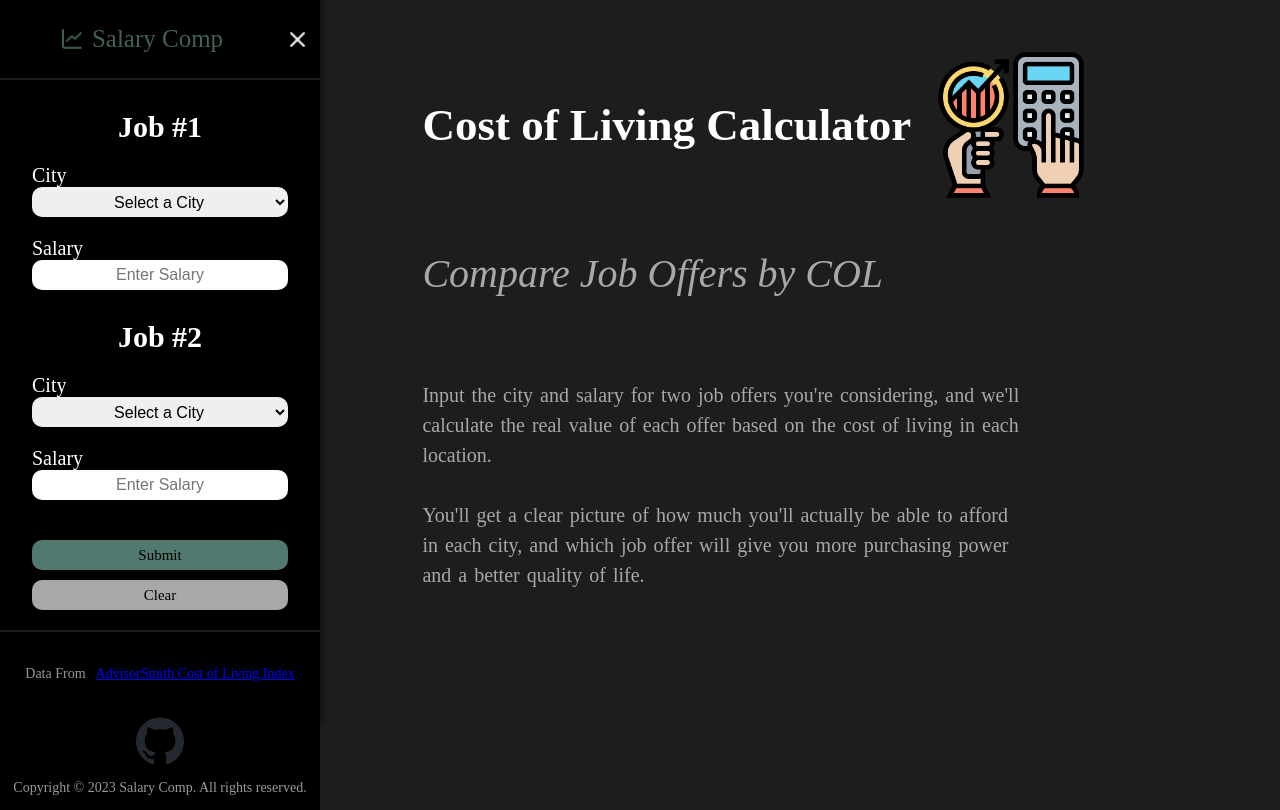
Repository: robbymcd/Salary-Comp
Page: /
An editor plug-in stored every save of this project. The page is shown before and after the next save, followed by the edit.
The browser window is 1280 px wide. The pictures show the whole page.
Some web fonts or font styles are not loaded; a fallback is used. The project was rebuilt for these pictures with package versions that can differ from the ones it lists, and the page was loaded fresh each time. Also part of the build but not shown: src/Main.css, src/Main.js.

Above is the page before, as saved 2023-06-16 11:44:31.

After the next save:
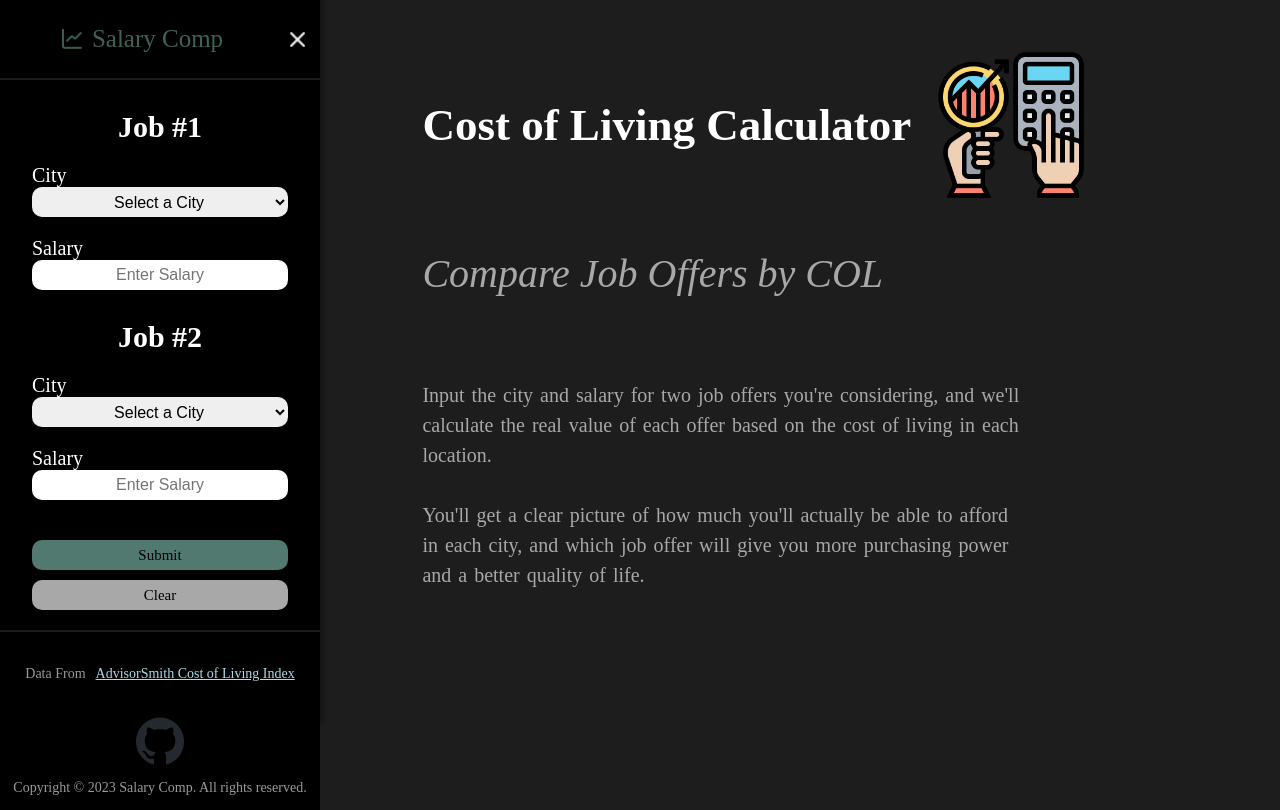
Saved 26 s later.
--- a/src/OpenSidebar.css
+++ b/src/OpenSidebar.css
@@ -172,7 +172,7 @@ input {
     font-size: 14px;
     font-weight: 300;
     font-family: 'Mukta Vaani';
-    color: blue;
+    color: #ADD8E6;
 }
 
 .hiw a:hover {
